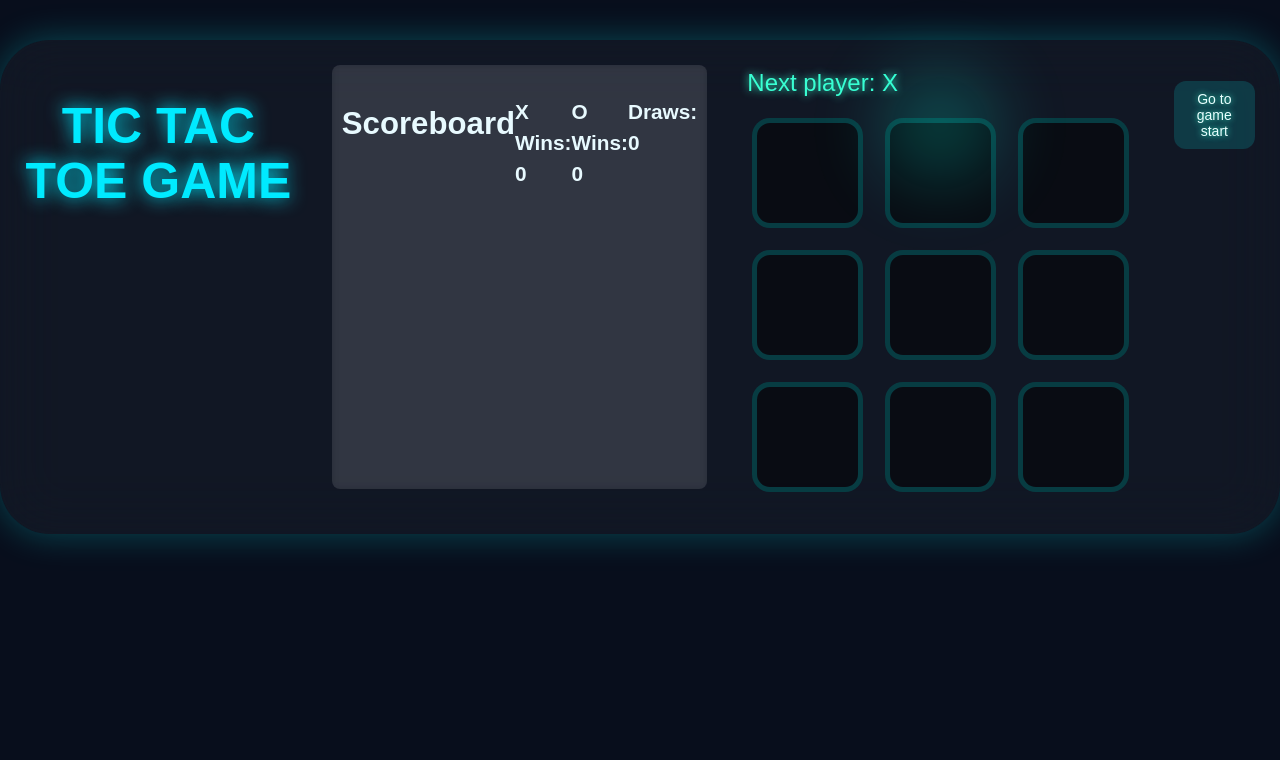
Repository: sofia123776/TIC-TAC-TOE
Page: /
The author's editor kept a copy of each file at every save. The page is drawn from the files as they stood at one save, then again after the next save.
The browser window is 1280 px wide. The pictures show the whole page.
The project was rebuilt for these pictures with package versions that can differ from the ones it lists, and the page was loaded fresh each time. Also part of the build but not shown: vite.config.js.

Above is the page before, as saved 2025-11-30 22:20:37.

After the next save:
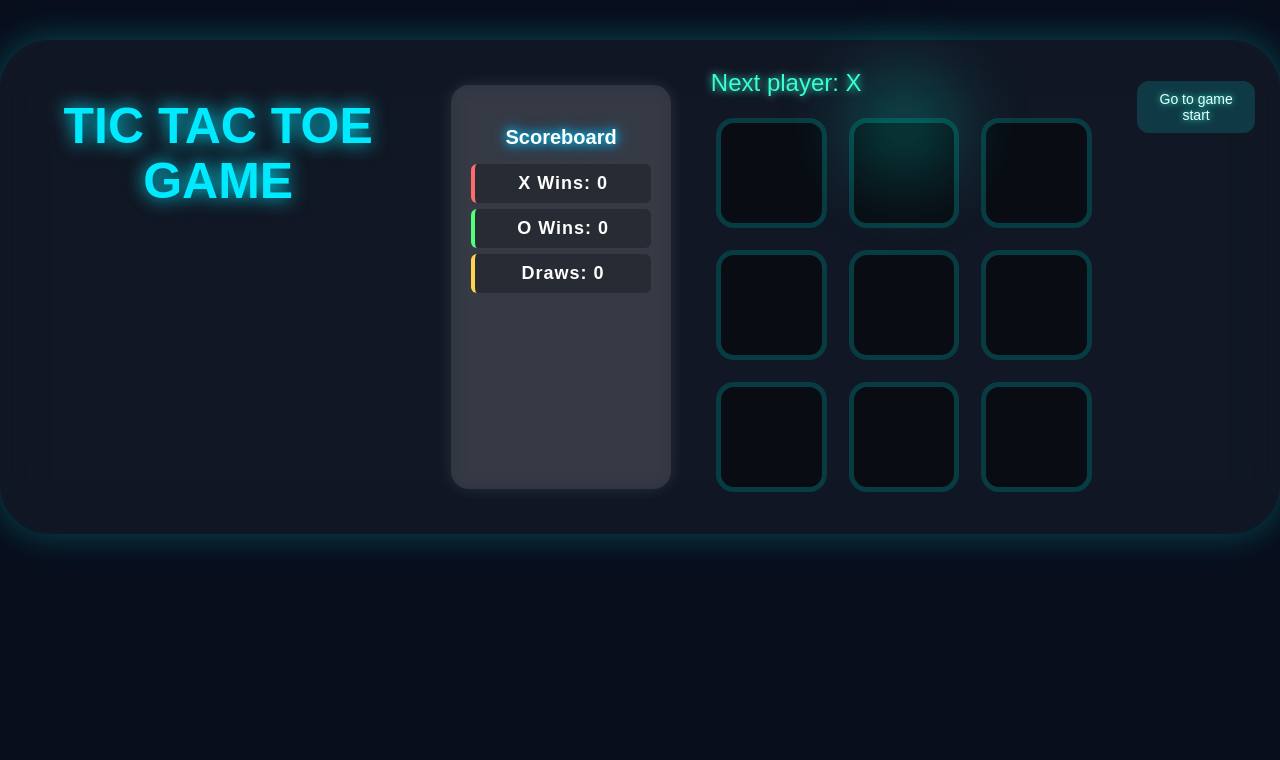
Saved 2 min 26 s later.
--- a/src/App.css
+++ b/src/App.css
@@ -201,14 +201,54 @@ h1 {
   100% { box-shadow: 0 0 10px #00ffd5; }
 }
 
+/* Scoreboard Container */
 .scoreboard {
-  display: flex;
-  justify-content: space-around;
-  font-size: 1.3rem;
+  background: rgba(255, 255, 255, 0.12);
+  backdrop-filter: blur(10px);
+  padding: 20px;
+  border-radius: 18px;
+  width: 220px;
+  margin: 20px auto;
+  text-align: center;
+  box-shadow: 0 0 15px rgba(255, 255, 255, 0.1);
+  transition: 0.3s ease;
+}
+
+/* Hover glow */
+.scoreboard:hover {
+  transform: scale(1.03);
+  box-shadow: 0 0 25px rgba(255, 255, 255, 0.25);
+}
+
+/* Scoreboard Title */
+.scoreboard h2 {
+  margin-bottom: 12px;
+  font-size: 20px;
+  color: #ffffff;
+  text-shadow: 0 0 8px #00d0ff, 0 0 15px #00aaff;
+}
+
+/* Score lines */
+.scoreboard p {
+  font-size: 18px;
+  margin: 6px 0;
+  padding: 6px 0;
+  border-radius: 6px;
+  background: rgba(0, 0, 0, 0.25);
+  color: #fff;
   font-weight: bold;
-  margin-bottom: 20px;
-  padding: 10px;
-  background: rgba(255,255,255,0.1);
-  border-radius: 8px;
-  backdrop-filter: blur(4px);
-}
+  letter-spacing: 1px;
+}
+
+/* Colors for X, O, Draws */
+.scoreboard p:nth-child(2) {
+  border-left: 4px solid #ff6b6b;   /* X color */
+}
+
+.scoreboard p:nth-child(3) {
+  border-left: 4px solid #51ff7a;   /* O color */
+}
+
+.scoreboard p:nth-child(4) {
+  border-left: 4px solid #ffd44d;   /* Draws color */
+}
